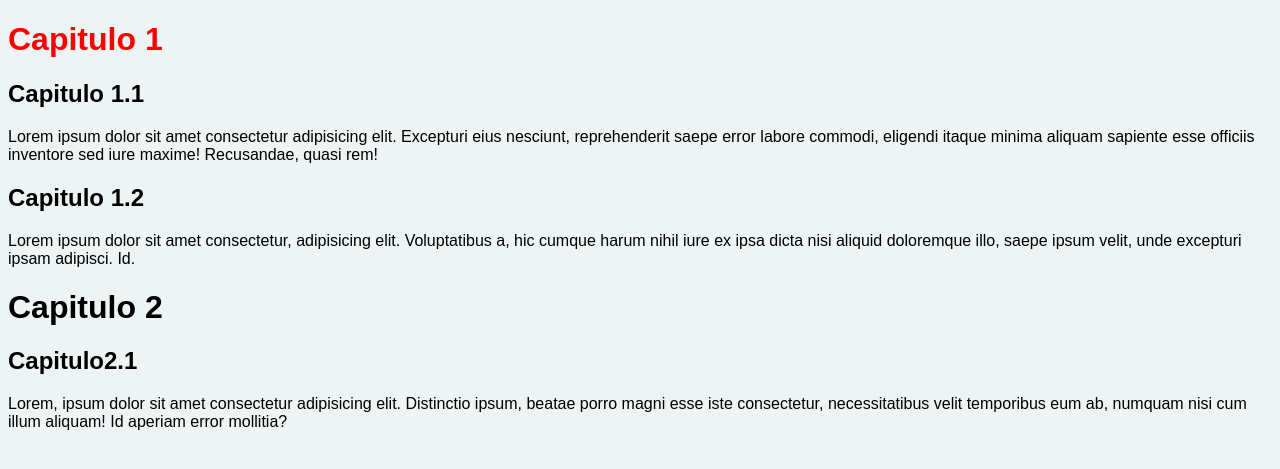
Repository: Guillermomarcon/exercicios
Page: ex013.1/index.html
The author's editor kept a copy of each file at every save. The page is drawn from the files as they stood at one save, then again after the next save.
The browser window is 1280 px wide. The pictures show the whole page.

Above is the page before, as saved 2020-12-31 15:33:25.

### ex013.1/index.html
<!DOCTYPE html>
<html lang="pt-br">
<head>
    <meta charset="UTF-8">
    <meta name="viewport" content="width=device-width, initial-scale=1.0">
    <title>Estilos in-line</title>
    <link rel="shortcut icon" href="imagens/favicon-16x16.png" type="image/x-icon">
</head>
<body style="background-color: rgb(238, 243, 243); font-family: Arial, Helvetica, sans-serif;">
    <h1 style="color: red;">Capitulo 1</h1>
    <h2>Capitulo 1.1</h2>
    <p style=;">
        Lorem ipsum dolor sit amet consectetur adipisicing elit. Excepturi eius nesciunt, reprehenderit saepe error labore commodi, eligendi itaque minima aliquam sapiente esse officiis inventore sed iure maxime! Recusandae, quasi rem!
    </p>
    <h2>Capitulo 1.2</h2>
    <p>
        Lorem ipsum dolor sit amet consectetur, adipisicing elit. Voluptatibus a, hic cumque harum nihil iure ex ipsa dicta nisi aliquid doloremque illo, saepe ipsum velit, unde excepturi ipsam adipisci. Id.
    </p>
    <h1>Capitulo 2</h1>
    <h2>Capitulo2.1</h2>
    <p>
        Lorem, ipsum dolor sit amet consectetur adipisicing elit. Distinctio ipsum, beatae porro magni esse iste consectetur, necessitatibus velit temporibus eum ab, numquam nisi cum illum aliquam! Id aperiam error mollitia?
    </p>




</body>
</html>

After the next save:
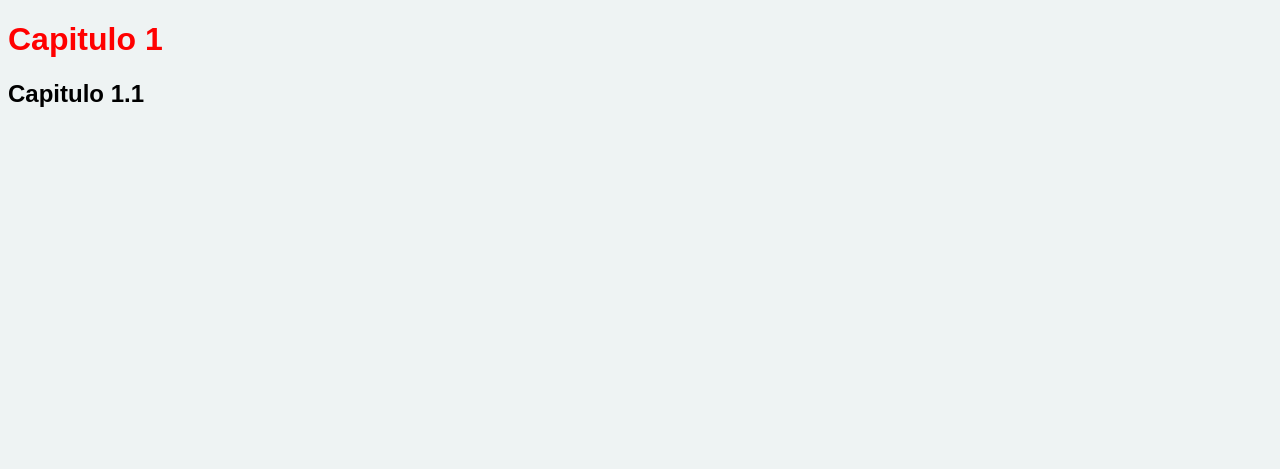
Saved 2 s later.
--- a/ex013.1/index.html
+++ b/ex013.1/index.html
@@ -9,7 +9,7 @@
 <body style="background-color: rgb(238, 243, 243); font-family: Arial, Helvetica, sans-serif;">
     <h1 style="color: red;">Capitulo 1</h1>
     <h2>Capitulo 1.1</h2>
-    <p style=;">
+    <p style=">
         Lorem ipsum dolor sit amet consectetur adipisicing elit. Excepturi eius nesciunt, reprehenderit saepe error labore commodi, eligendi itaque minima aliquam sapiente esse officiis inventore sed iure maxime! Recusandae, quasi rem!
     </p>
     <h2>Capitulo 1.2</h2>

After the save that followed:
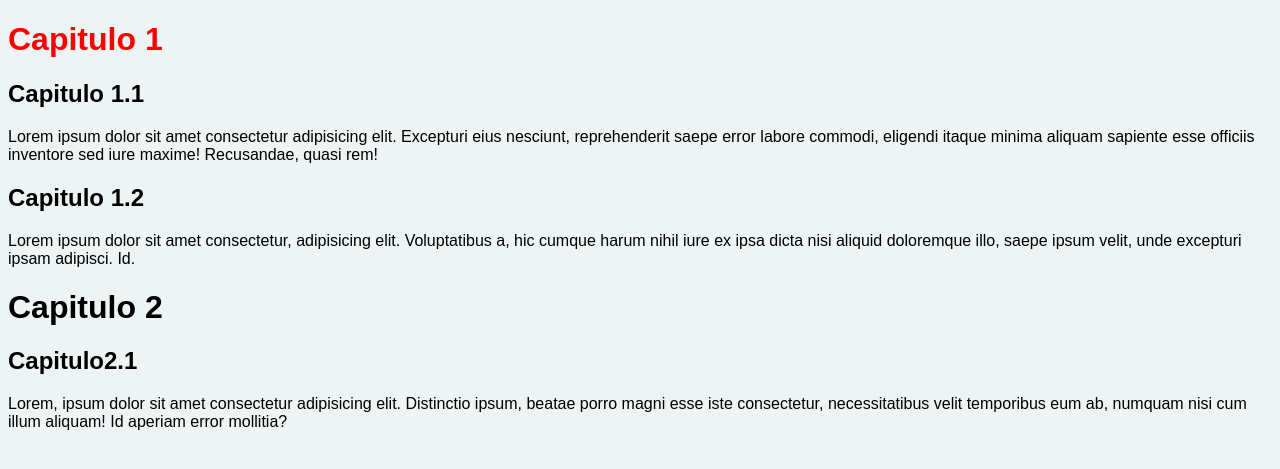
Saved 4 s later.
--- a/ex013.1/index.html
+++ b/ex013.1/index.html
@@ -9,7 +9,7 @@
 <body style="background-color: rgb(238, 243, 243); font-family: Arial, Helvetica, sans-serif;">
     <h1 style="color: red;">Capitulo 1</h1>
     <h2>Capitulo 1.1</h2>
-    <p style=">
+    <p >
         Lorem ipsum dolor sit amet consectetur adipisicing elit. Excepturi eius nesciunt, reprehenderit saepe error labore commodi, eligendi itaque minima aliquam sapiente esse officiis inventore sed iure maxime! Recusandae, quasi rem!
     </p>
     <h2>Capitulo 1.2</h2>
